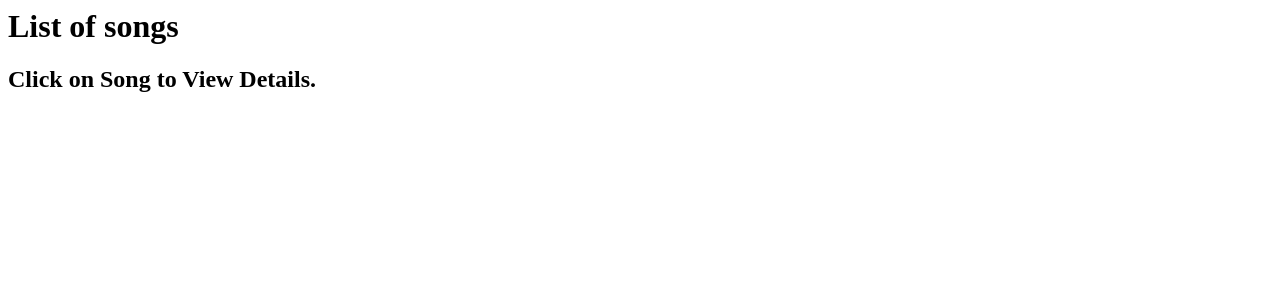
Repository: thagunnaharish1-netizen/GeetShala
Page: http://localhost/songs/
An editor plug-in stored every save of this project. The page is shown before and after a run of saves, followed by the edit.
The browser window is 1280 px wide. The pictures show the whole page.
The page is served by the project's application, run on Django 5.2 (manage.py).

Above is the page before, as saved 2026-09-01 18:25:42.

After the next 5 saves:
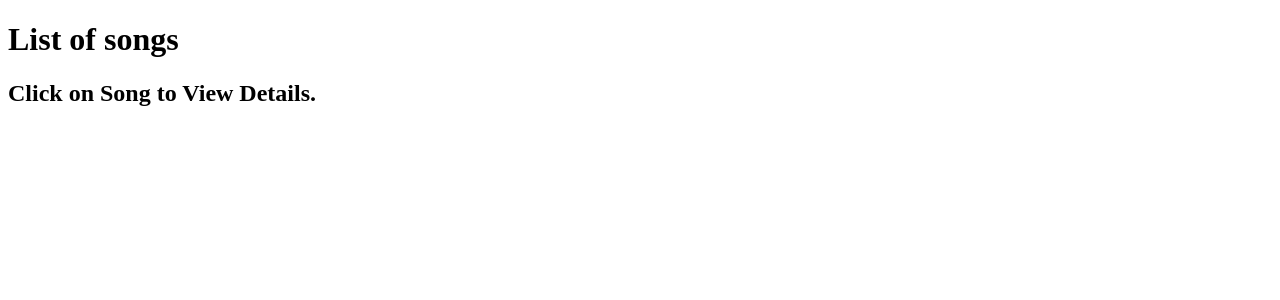
The 5 saves are shown as one change because 4 did not build or start.
The last was saved 10 min 28 s later.
--- a/songs/views.py
+++ b/songs/views.py
@@ -2,8 +2,10 @@
 from django.http import HttpResponse
 
 def song_list(request):
-    response_text = '<h1>List of songs</h1><h2>Click on Song to View Details.</h2>'
-    return HttpResponse(response_text)
+    # response_text = '<h1>List of songs</h1><h2>Click on Song to View Details.</h2>'
+    # return HttpResponse(response_text)
+    songs = []
+    return render(request, 'song_list.html', {'songs': songs})
 
 def song_detail(request, song_id):
     response_text = f"You are calling:{song_id}"
